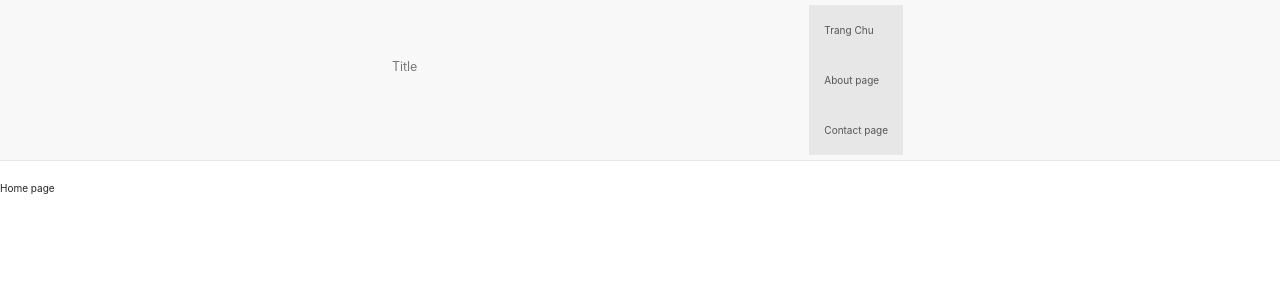
Repository: hntvip/react-route
Page: /
The author's editor kept a copy of each file at every save. The page is drawn from the files as they stood at one save, then again after the next save.
The browser window is 1280 px wide. The pictures show the whole page.
The project was rebuilt for these pictures with package versions that can differ from the ones it lists, and the page was loaded fresh each time. Also part of the build but not shown: src/components/About.js, src/components/Contact.js.

Above is the page before, as saved 2019-11-27 17:11:07.

After the next save:
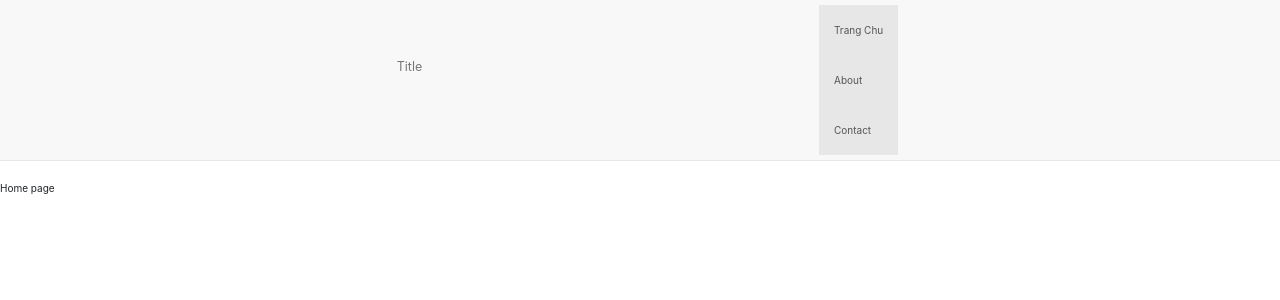
Saved 98 s later.
--- a/src/App.js
+++ b/src/App.js
@@ -25,8 +25,8 @@ function App() {
         <a class="navbar-brand" href="#">Title</a>
         <ul class="nav navbar-nav">
           <MenuLink to="/" label="Trang Chu" activeOnlyWhenExact="true"/>
-          <MenuLink to="/about" label="About page" activeOnlyWhenExact="false"/>
-          <MenuLink to="/contact" label="Contact page" activeOnlyWhenExact="false"/>
+          <MenuLink to="/about" label="About" activeOnlyWhenExact="false"/>
+          <MenuLink to="/contact" label="Contact" activeOnlyWhenExact="false"/>
         </ul>
       </nav>
       {/* Noi Dung */}
